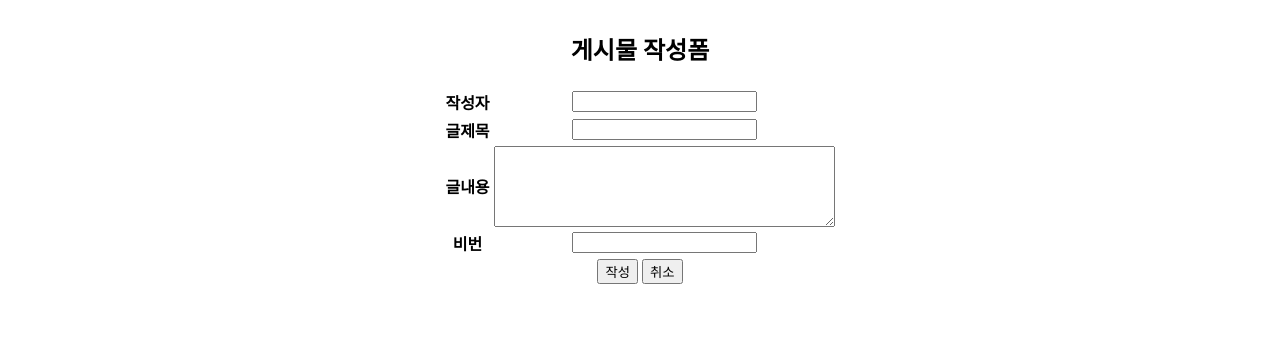
Repository: LTaeHoon/javajsp_ncs
Page: http://localhost/chap07_DTO_DAO/board/boardWrite.jsp
An editor plug-in stored every save of this project. The page is shown before and after the next save, followed by the edit.
The browser window is 1280 px wide. The pictures show the whole page.
The page is served by Tomcat 9. Other server files are loaded and not shown.

Above is the page before, as saved 2017-01-23 07:22:07.

### chap07_DTO_DAO/WebContent/board/boardWrite.jsp
<%@ page language="java" contentType="text/html; charset=UTF-8"
    pageEncoding="UTF-8"%>
<!DOCTYPE html PUBLIC "-//W3C//DTD HTML 4.01 Transitional//EN" "http://www.w3.org/TR/html4/loose.dtd">
<html>
<head>
<meta http-equiv="Content-Type" content="text/html; charset=UTF-8">
<title>게시물 작성 폼</title>
</head>
<style>
table{border:1px;width:500;margin:auto;text-align:center;}
</style>
<body>
	<form action="<%=request.getContextPath() %>/insert.do" method="post">
		<table >
			<tr>
				<th colspan="2"><h2> 게시물 작성폼 </h2></th>
			</tr>
			<tr>
				<th> 작성자 </th>
				<td> <input name="board_name"/></td>
			</tr>
			<tr>
				<th> 글제목 </th>
				<td> <input name="board_title"/></td>
			</tr>
			<tr>
				<th> 글내용  </th>
				<td> <textarea name="board_cont" rows="5" cols="40"></textarea></td>
			</tr>
			<tr>
				<th> 비번 </th>
				<td> <input type="password" name="board_pwd"/></td>
			</tr>
			<tr>
				<th colspan="2">
					<input type="submit" value="작성"/>
					<input type="reset" value="취소"/>
				</th>
			</tr>
		</table>
	</form>
</body>
</html>

After the next save:
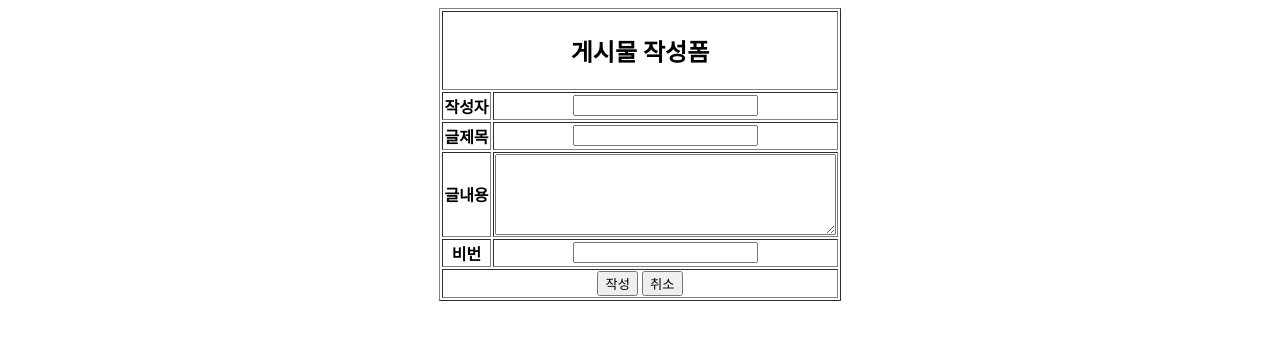
Saved 19 s later.
--- a/chap07_DTO_DAO/WebContent/board/boardWrite.jsp
+++ b/chap07_DTO_DAO/WebContent/board/boardWrite.jsp
@@ -7,11 +7,11 @@
 <title>게시물 작성 폼</title>
 </head>
 <style>
-table{border:1px;width:500;margin:auto;text-align:center;}
+table{width:500;margin:auto;text-align:center;}
 </style>
 <body>
 	<form action="<%=request.getContextPath() %>/insert.do" method="post">
-		<table >
+		<table border="1">
 			<tr>
 				<th colspan="2"><h2> 게시물 작성폼 </h2></th>
 			</tr>
